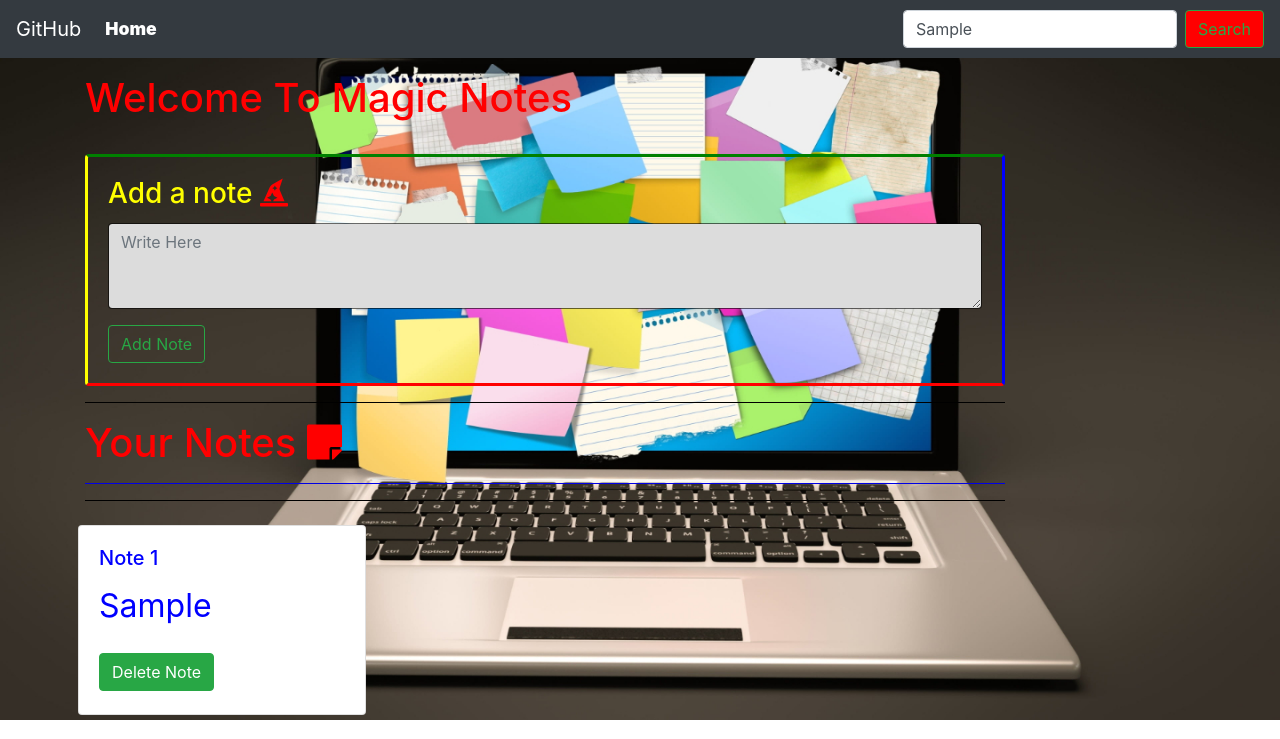
Repository: Prrajainn/Project-MagiCNotes
Page: magicNotes.html
The author's editor kept a copy of each file at every save. The page is drawn from the files as they stood at one save, then again after a run of saves.
The browser window is 1280 px wide. The pictures show the whole page.
Empty fields were first filled with sample values (such as "Sample", 5 or name@example.com).
After loading, the first visible `#addBtn` was clicked once.

Above is the page before, as saved 2020-08-11 21:35:07.

After the next 4 saves:
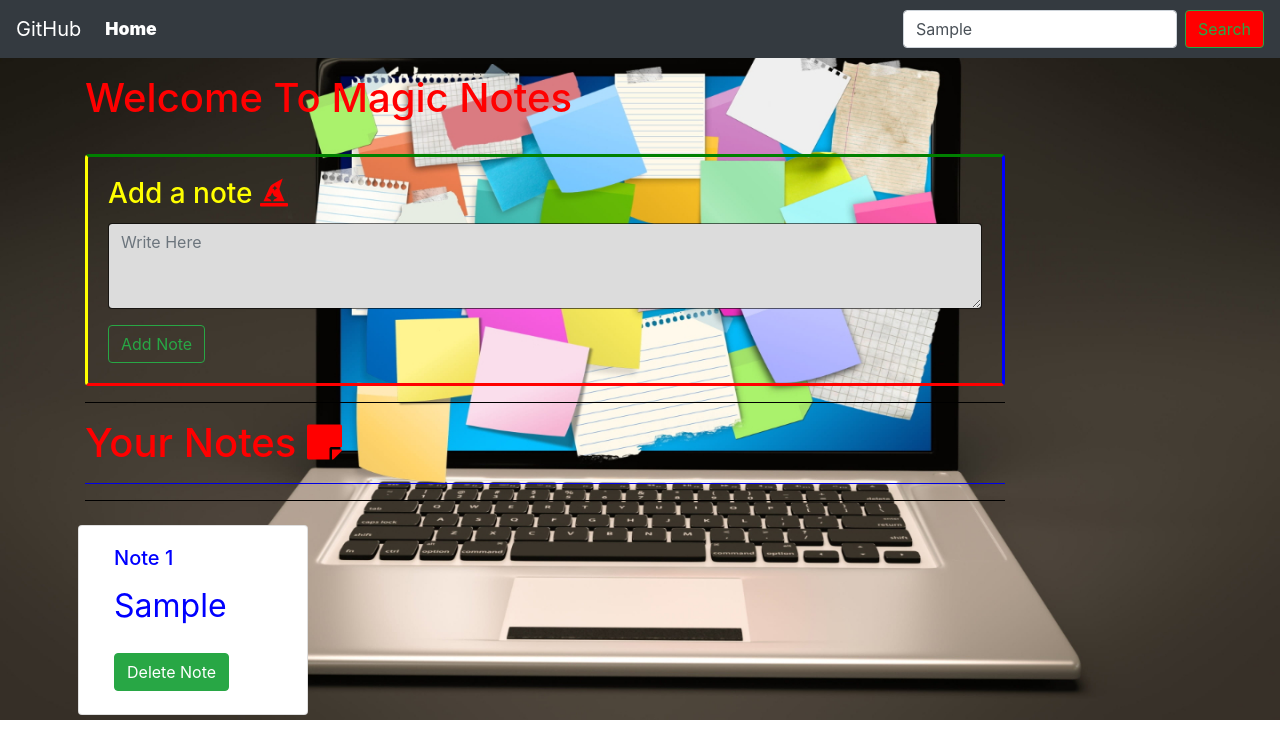
The 4 saves are shown as one change because they came seconds apart.
The last was saved 9 s later.
--- a/app.js
+++ b/app.js
@@ -32,7 +32,7 @@ function showNotes() {
   let html = "";
   notesObj.forEach(function(element, index) { // element maane andar ka content
     html += `
-            <div class="noteCard my-2 mx-2 card " style="width: 18rem;">
+            <div class="noteCard my-2 mx-2 card col-3" style="width: 18rem;">
                     <div class="card-body">
                         <h5 class="card-title">Note ${index + 1}</h5>
                         <p class="card-text"> ${element}</p>
